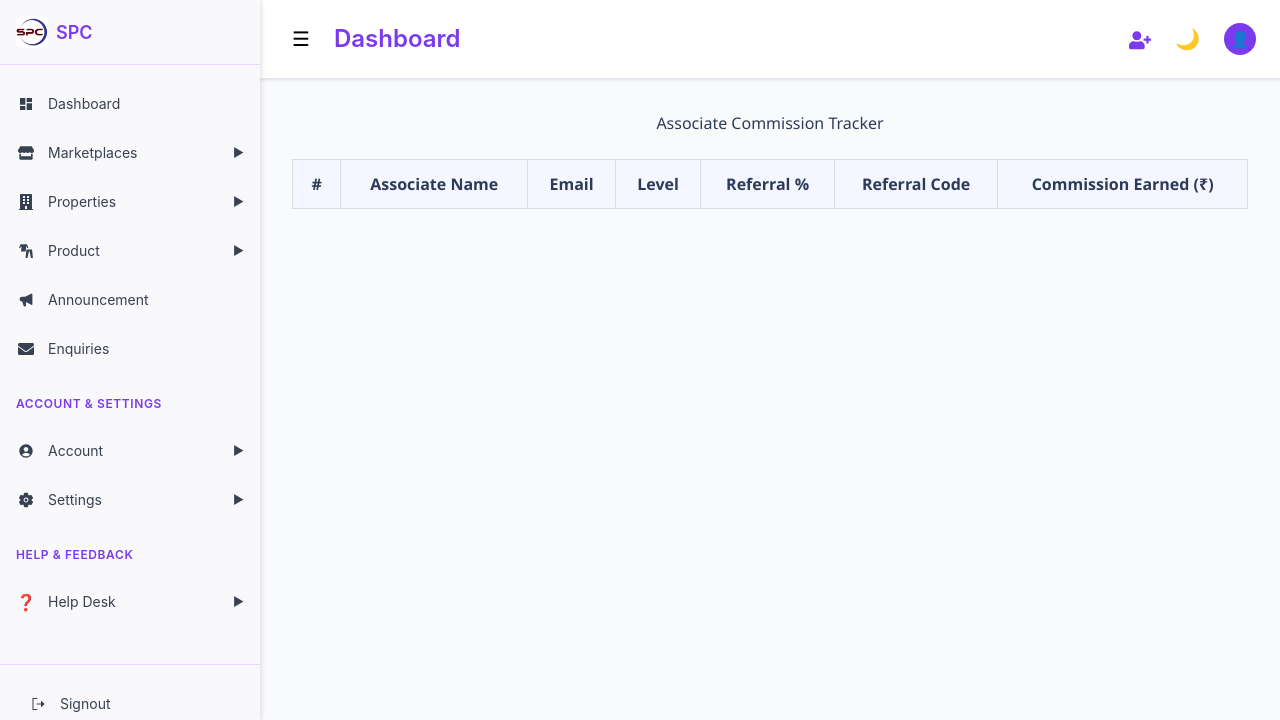
Repository: TheRDGroupOfIndustries/path-ecommerce
Page: /viewAssociate (app in admin/)
An editor plug-in stored every save of this project. The page is shown before and after a run of saves, followed by the edit.
The browser window is 1280 px wide. The pictures show the whole page.
The page's requests for data from a server got no answer. The project was rebuilt for these pictures with package versions that can differ from the ones it lists, and the page was loaded fresh each time. Some packages were replaced by stand-ins written for this rebuild. No one was signed in, and anything a server would have sent is missing. Also part of the build but not shown: admin/vite.config.js, admin/src/pages/Dashboard/Dashboard.jsx, admin/src/pages/UserManagement/User.css, admin/src/pages/UserManagement/ViewUser.jsx, admin/src/pages/Login/Login.jsx, admin/src/pages/UserManagement/KYC.jsx, admin/src/pages/MarketPlace/AddItemM.css, admin/src/pages/MarketPlace/AddItemM.jsx and 15 more.

Above is the page before, as saved 2025-07-06 23:59:25.

After the next 9 saves:
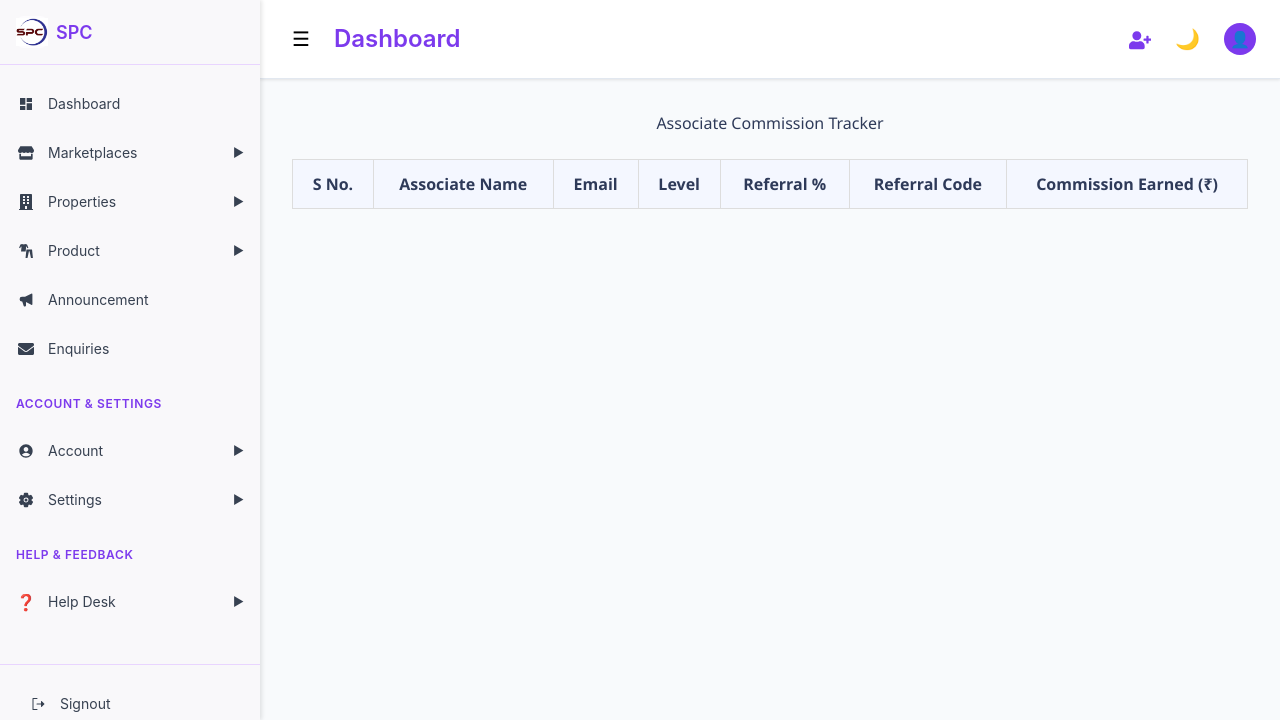
The 9 saves are shown as one change because they came seconds apart.
The last was saved 42 s later.
--- a/admin/src/pages/Associate/ViewAssociate.jsx
+++ b/admin/src/pages/Associate/ViewAssociate.jsx
@@ -57,7 +57,7 @@ const ViewAssociate = () => {
         <table className="associate-table">
           <thead>
             <tr>
-              <th>#</th>
+              <th>S No.</th>
               <th>Associate Name</th>
               <th>Email</th>
               <th>Level</th>
